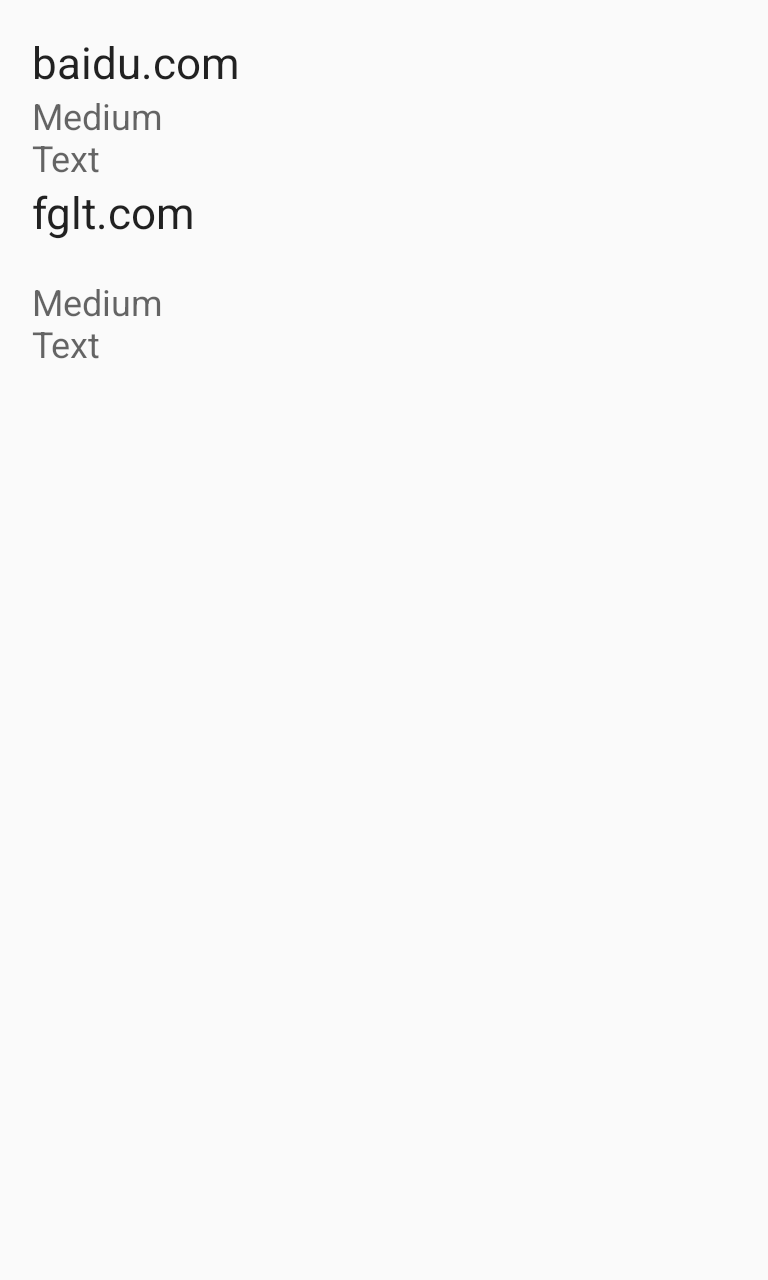
Repository: xiaoniao/home
Layout: android_training/VolleyTraing/res/layout/activity_main.xml
An editor plug-in stored every save of this project. The layout is shown before and after the next save, followed by the edit.
It is drawn on a 768 x 1280 px phone screen (xhdpi) without system bars, with theme AppTheme; the app's code is not run.

Above is the layout before, as saved 2014-09-04 13:10:54.

### android_training/VolleyTraing/res/layout/activity_main.xml
<ScrollView xmlns:android="http://schemas.android.com/apk/res/android"
    xmlns:tools="http://schemas.android.com/tools"
    android:layout_width="match_parent"
    android:layout_height="wrap_content"
    android:paddingBottom="@dimen/activity_vertical_margin"
    android:paddingLeft="@dimen/activity_horizontal_margin"
    android:paddingRight="@dimen/activity_horizontal_margin"
    android:paddingTop="@dimen/activity_vertical_margin"
    tools:context="com.example.volleytraing.MainActivity" >

    <RelativeLayout
        android:layout_width="match_parent"
        android:layout_height="wrap_content" >

        <TextView
            android:id="@+id/textView1"
            android:layout_width="wrap_content"
            android:layout_height="wrap_content"
            android:layout_alignParentLeft="true"
            android:layout_alignParentTop="true"
            android:text="baidu.com"
            android:textAppearance="?android:attr/textAppearanceLarge" />

        <TextView
            android:id="@+id/textView2"
            android:layout_width="wrap_content"
            android:layout_height="wrap_content"
            android:layout_alignRight="@+id/textView1"
            android:layout_below="@+id/textView1"
            android:text="Medium Text"
            android:textAppearance="?android:attr/textAppearanceMedium" />

        <TextView
            android:id="@+id/textView3"
            android:layout_width="wrap_content"
            android:layout_height="wrap_content"
            android:layout_alignLeft="@+id/textView2"
            android:layout_below="@+id/textView2"
            android:text="fglt.com"
            android:textAppearance="?android:attr/textAppearanceLarge" />

        <TextView
            android:id="@+id/textView4"
            android:layout_width="wrap_content"
            android:layout_height="wrap_content"
            android:layout_alignRight="@+id/textView3"
            android:layout_below="@+id/textView3"
            android:layout_marginTop="18dp"
            android:text="Medium Text"
            android:textAppearance="?android:attr/textAppearanceMedium" />
    </RelativeLayout>

</ScrollView>

Loaded but not shown: android_training/VolleyTraing/res/values/styles.xml (common file); android_training/VolleyTraing/res/values-v11/styles.xml (common file); android_training/VolleyTraing/res/values-v14/styles.xml (common file); android_training/VolleyTraing/res/values/dimens.xml (common file); android_training/VolleyTraing/res/values-w820dp/dimens.xml (common file)

After the next save:
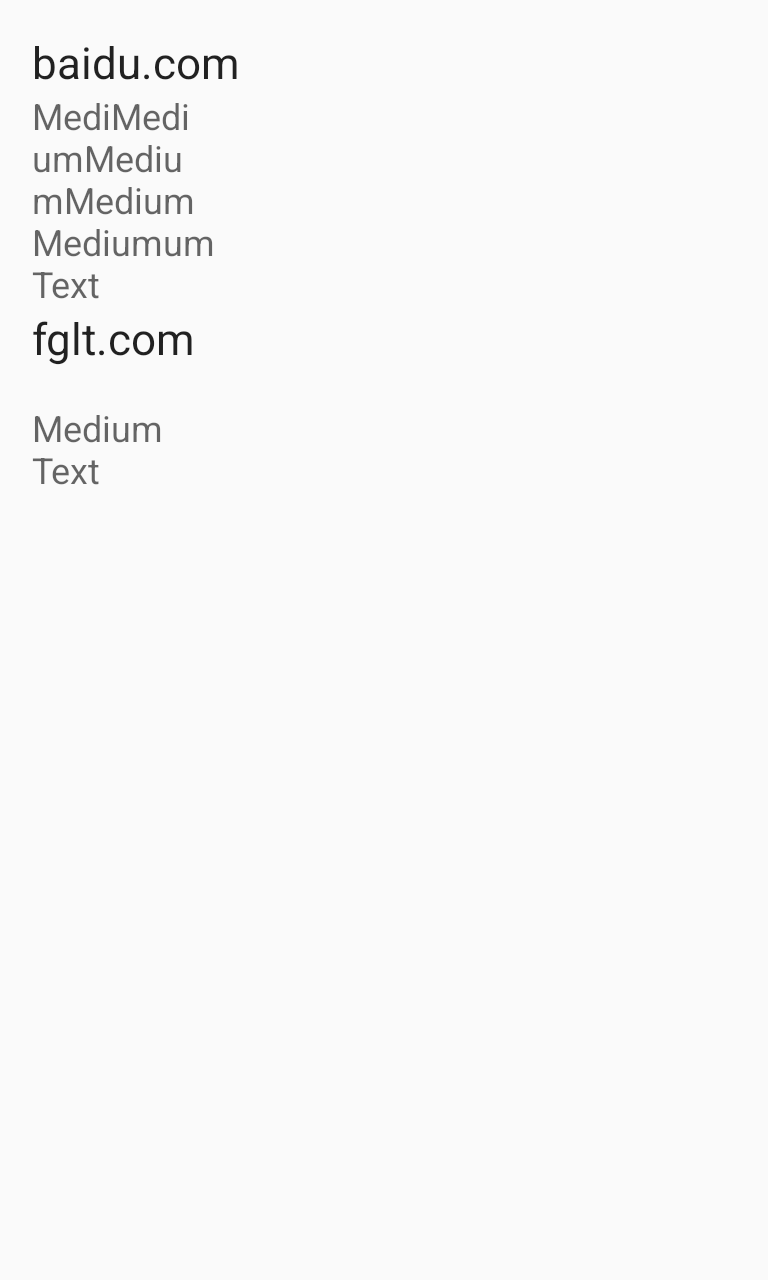
Saved 63 s later.
--- a/android_training/VolleyTraing/res/layout/activity_main.xml
+++ b/android_training/VolleyTraing/res/layout/activity_main.xml
@@ -27,7 +27,7 @@
             android:layout_height="wrap_content"
             android:layout_alignRight="@+id/textView1"
             android:layout_below="@+id/textView1"
-            android:text="Medium Text"
+            android:text="MediMediumMediumMediumMediumum Text"
             android:textAppearance="?android:attr/textAppearanceMedium" />
 
         <TextView
